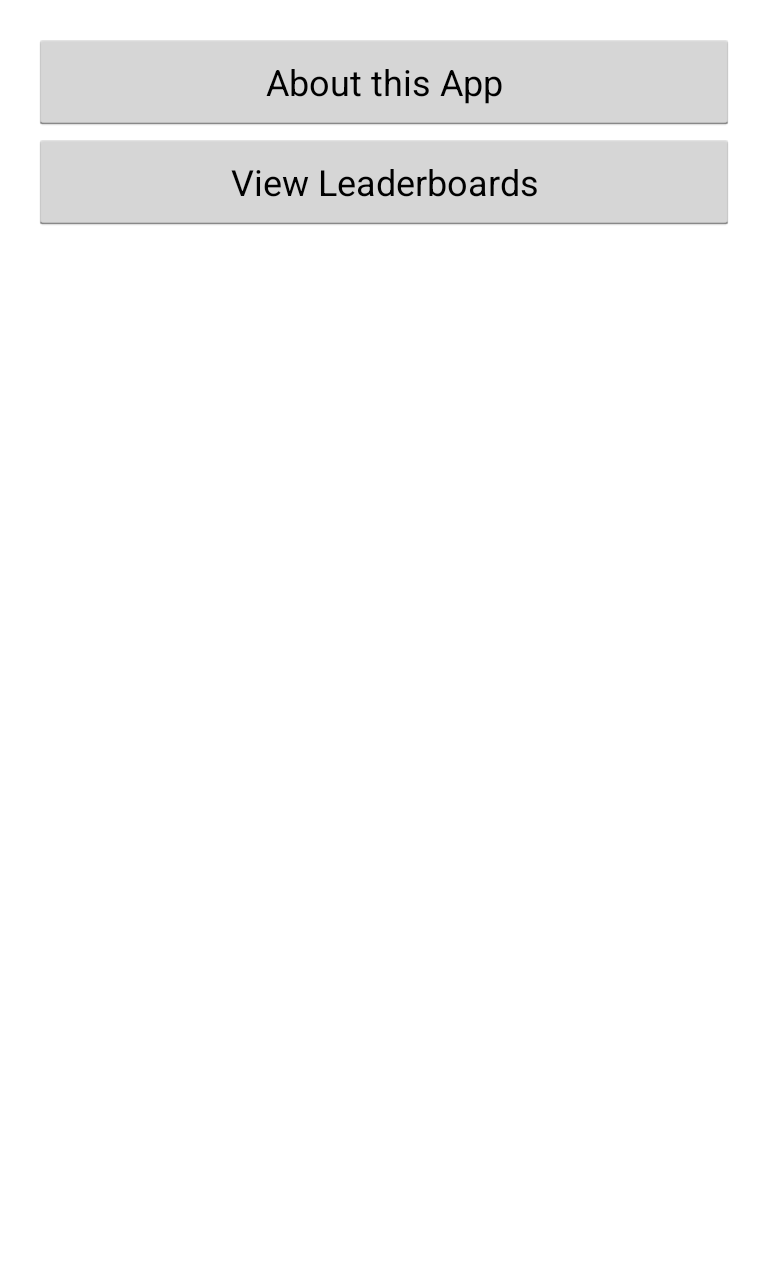
Repository: colincove/IAT381-Android
Layout: UrbanWarLeaderboards/res/layout/activity_title_screen.xml
An editor plug-in stored every save of this project. The layout is shown before and after the next save, followed by the edit.
It is drawn on a 768 x 1280 px phone screen (xhdpi) without system bars, with theme AppTheme; the app's code is not run.

Above is the layout before, as saved 2013-09-06 16:18:44.

After the next save:
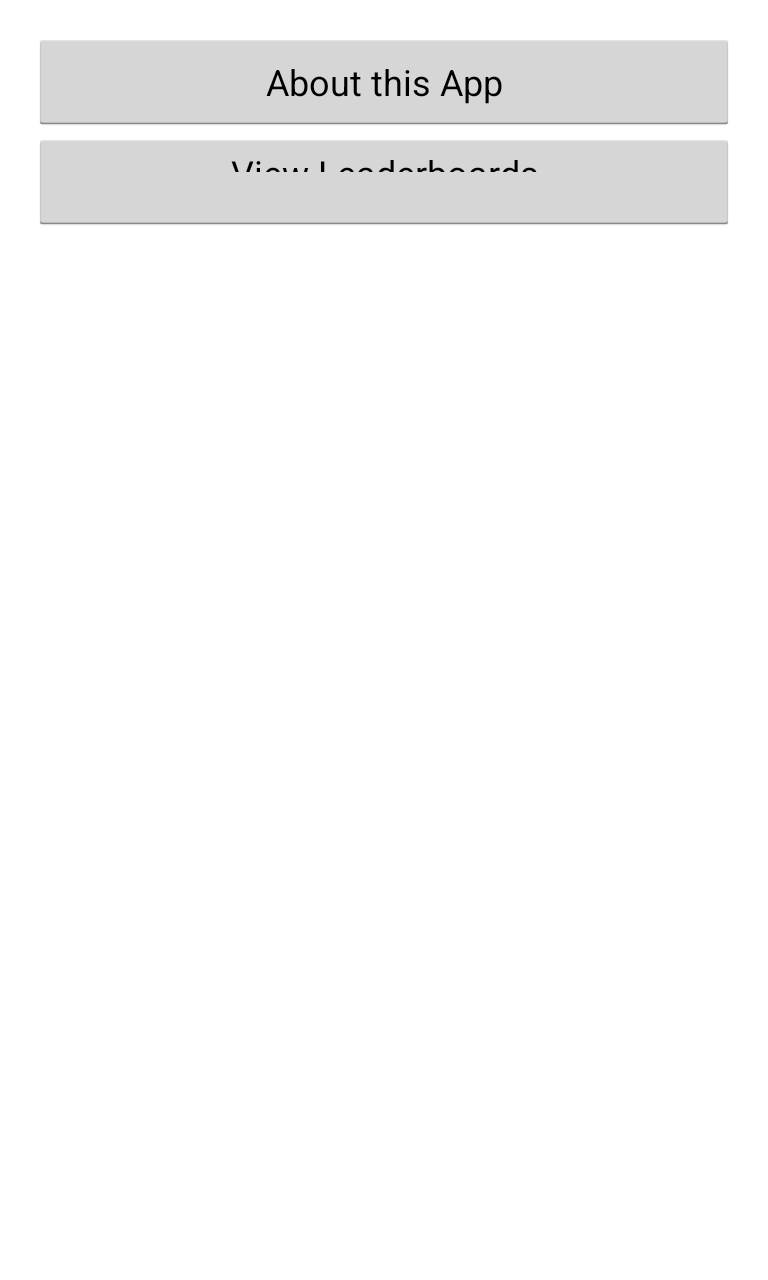
Saved 13 s later.
--- a/UrbanWarLeaderboards/res/layout/activity_title_screen.xml
+++ b/UrbanWarLeaderboards/res/layout/activity_title_screen.xml
@@ -15,7 +15,7 @@
 		    android:layout_height="@dimen/menu_btn_h" />
 		<Button
 		    android:text="@string/view_leaderboards"
-		    android:paddingButton="@dimen/menu_btn_pad"
+		    android:paddingBottom="@dimen/menu_btn_pad"
 		    android:layout_width="match_parent"
 		    android:layout_height="@dimen/menu_btn_h" />
 
